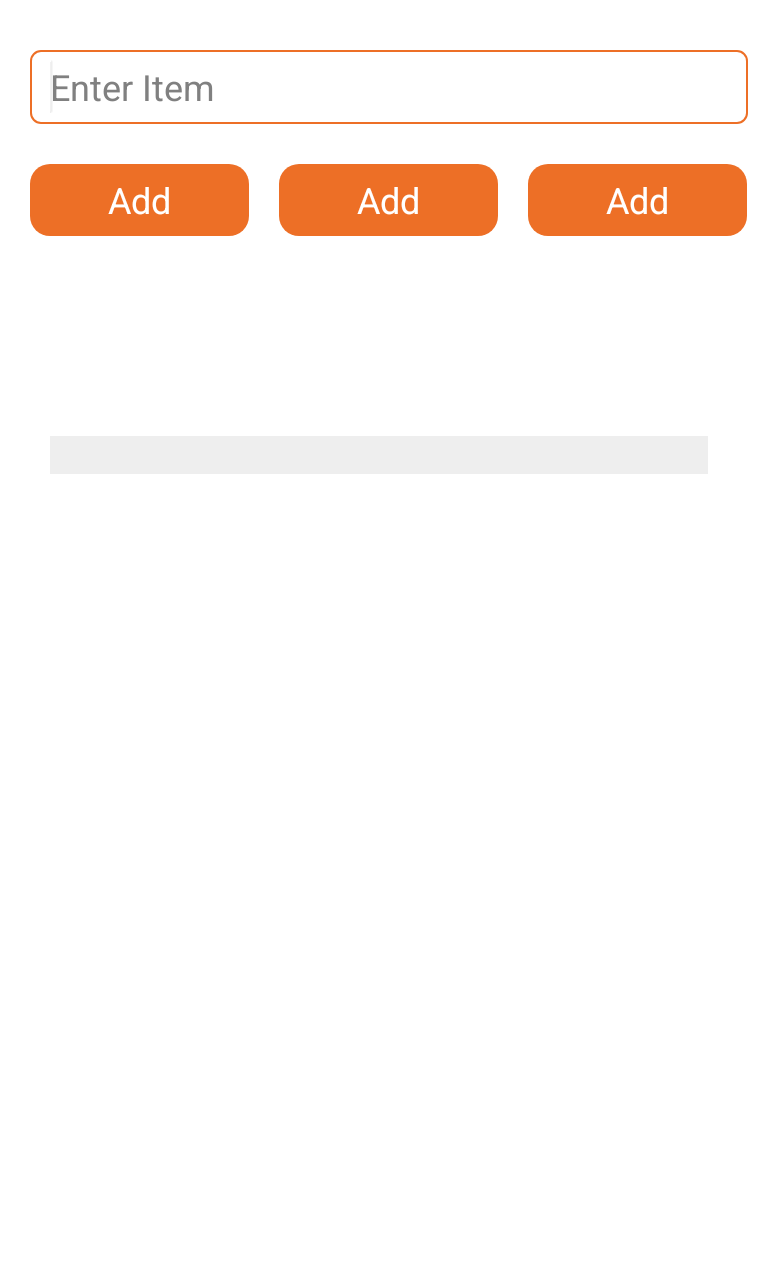
Repository: ianDervan/FYP_ShopSmart
Layout: FYP/ShopSmart/res/layout/activity_shopping_list.xml
These files come from the project's save history. The layout is drawn as it stood at one moment and after the next save; the edit follows.
It is drawn on a 768 x 1280 px phone screen (xhdpi) without system bars, with theme AppTheme; the app's code is not run.

Above is the layout before, as saved 2015-01-16 20:41:30.

After the next save:
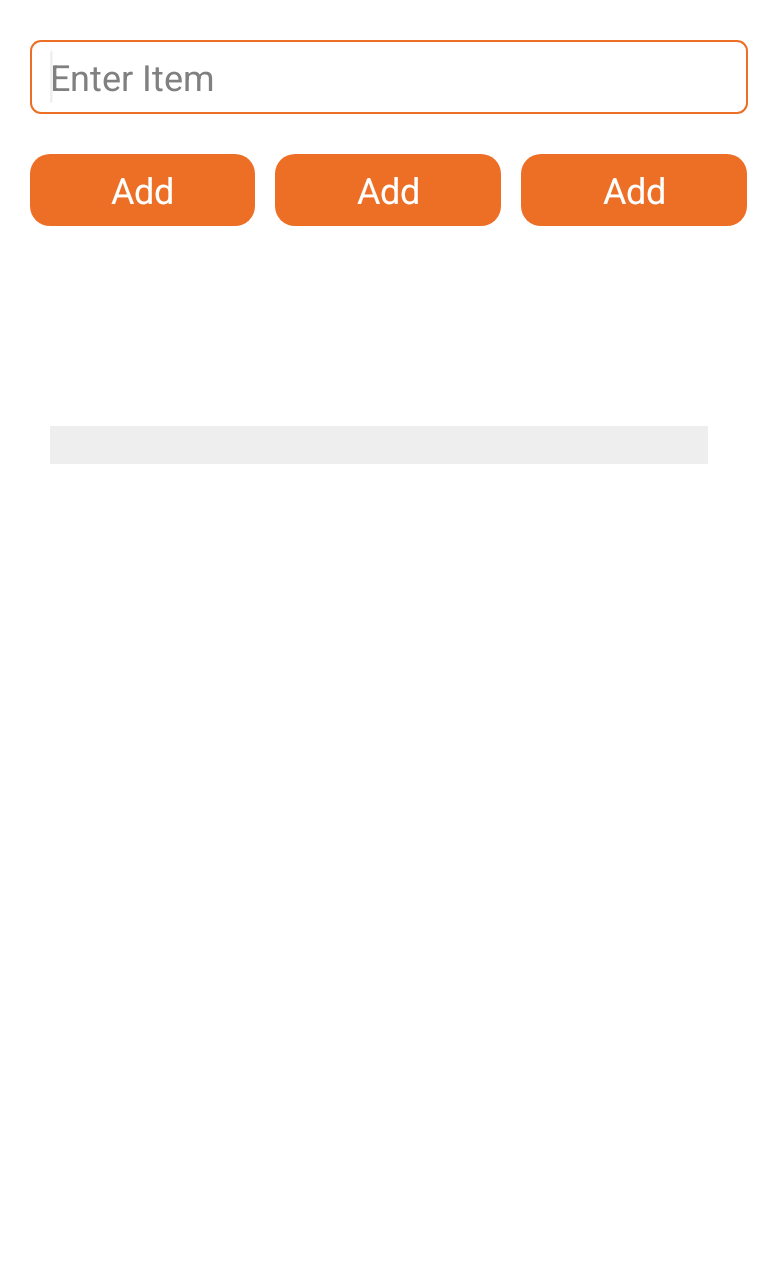
Saved 54 s later.
--- a/FYP/ShopSmart/res/layout/activity_shopping_list.xml
+++ b/FYP/ShopSmart/res/layout/activity_shopping_list.xml
@@ -15,7 +15,7 @@
             android:layout_width="match_parent"
             android:layout_height="37dp"
             android:layout_marginLeft="5dp"
-            android:layout_marginTop="15dp"
+            android:layout_marginTop="10dp"
             android:background="@drawable/customeditext"
             android:dropDownWidth="340dp"
             android:hint="Enter Item"
@@ -47,7 +47,7 @@
             android:layout_width="wrap_content"
             android:layout_height="36dp"
             android:layout_weight="0.1"
-            android:layout_marginLeft="15dp"
+            android:layout_marginLeft="10"
             android:layout_marginTop="10dp"
             android:background="@drawable/custombutton_lr"
             android:text="Add"
@@ -58,7 +58,7 @@
             android:layout_width="wrap_content"
             android:layout_height="36dp"
             android:layout_weight="0.1"
-            android:layout_marginLeft="15dp"
+            android:layout_marginLeft="10dp"
             android:layout_marginTop="10dp"
             android:background="@drawable/custombutton_lr"
             android:text="Add"
